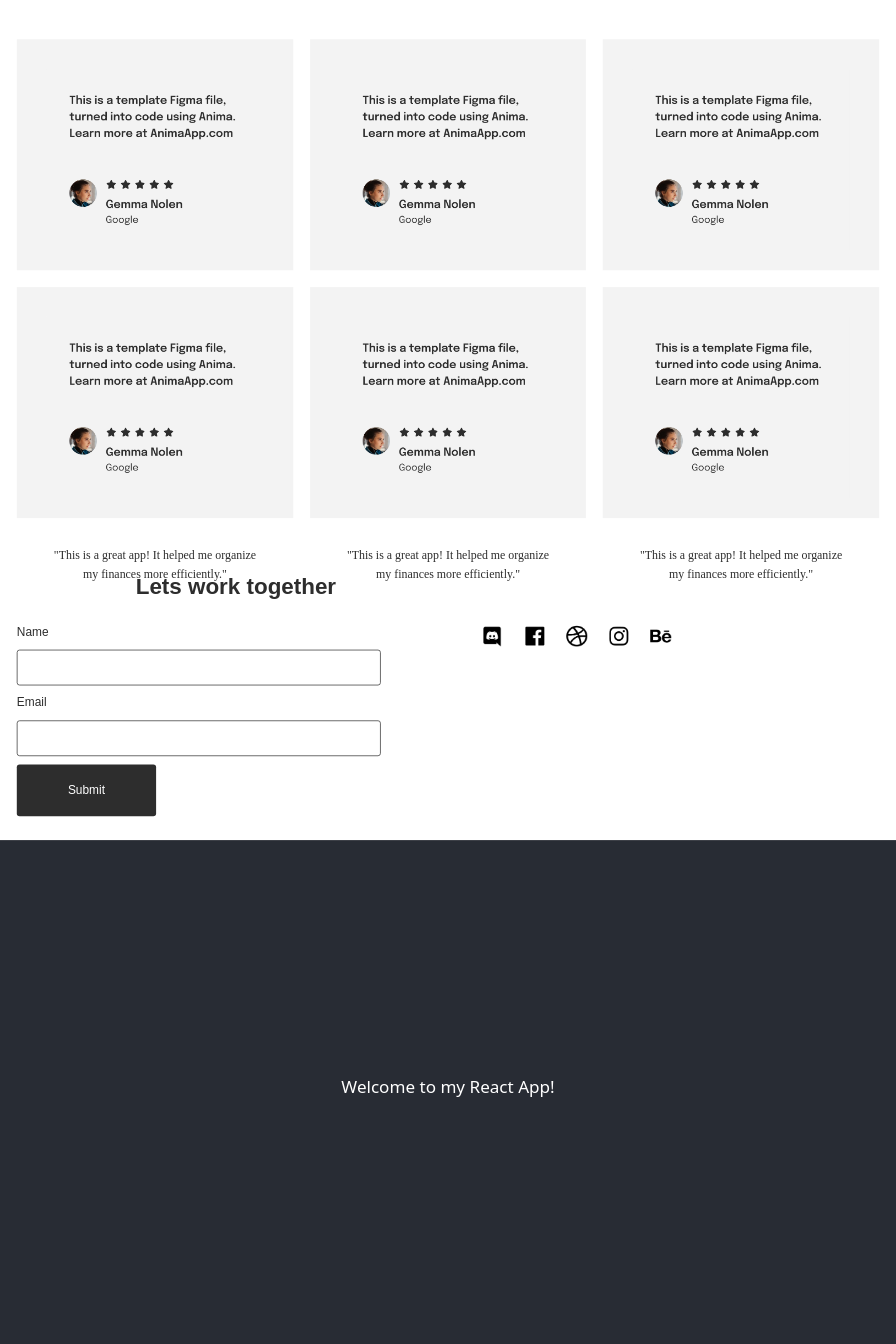
Repository: nida463/project-portofolio
Page: /
The author's editor kept a copy of each file at every save. The page is drawn from the files as they stood at one save, then again after the next save.
The browser window is 1280 px wide. The pictures show the part of the page from y = 2193 to 4113 px (the page is 4113 px tall), at 70% of full size.
The project was rebuilt for these pictures with package versions that can differ from the ones it lists, and the page was loaded fresh each time.

Above is the page before, as saved 2024-09-18 11:24:35.

After the next save:
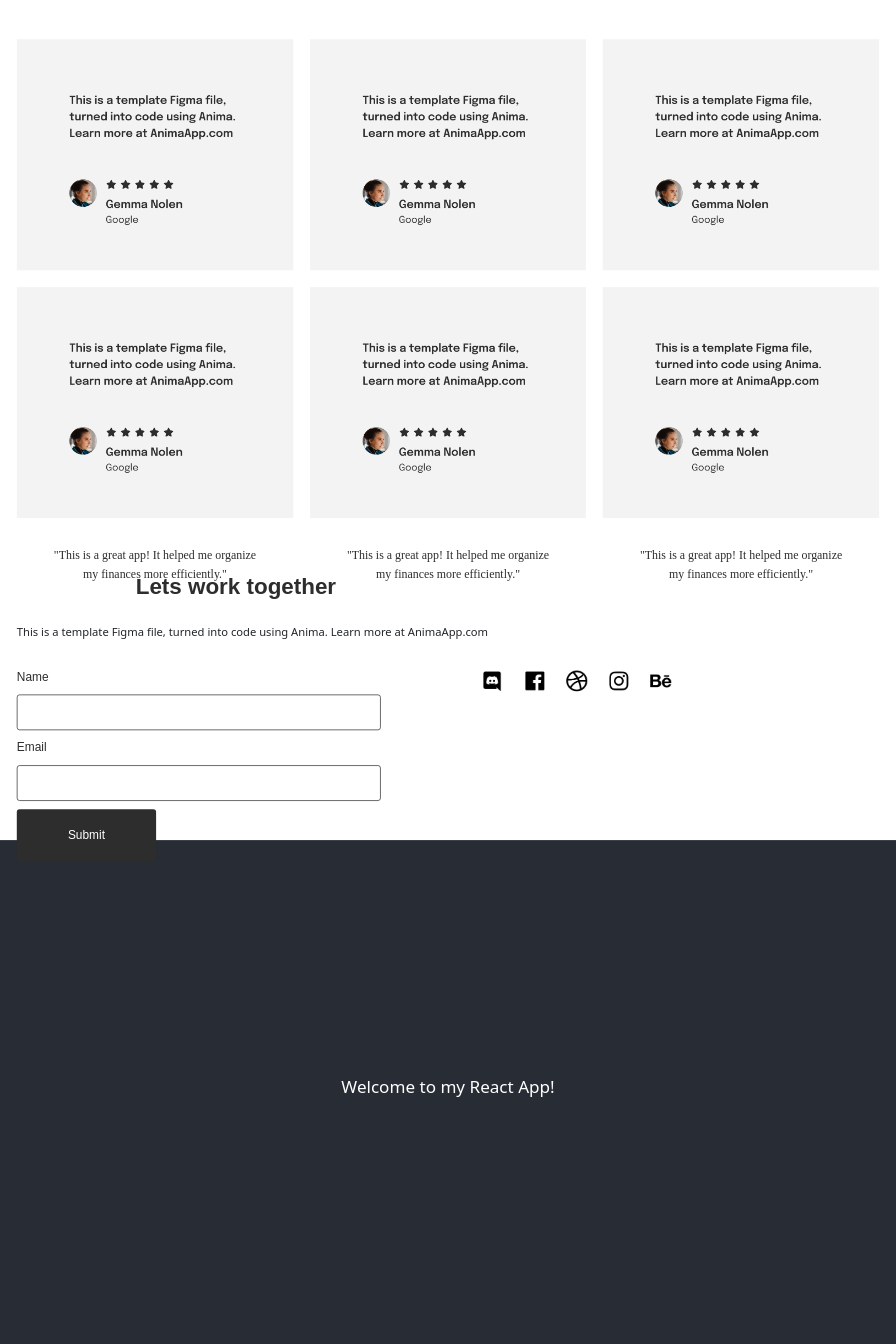
Saved 6 min 33 s later.
--- a/src/Components/Contact.js
+++ b/src/Components/Contact.js
@@ -6,6 +6,9 @@
   return (
     <section className="contact-section">
       <h2 className="contact-title">Lets work together</h2>
+      <p className="contact-description">
+        This is a template Figma file, turned into code using Anima. Learn more at AnimaApp.com
+      </p>
       <div className="contact-content">
         <form className="contact-form">
           <label htmlFor="name">Name</label>
